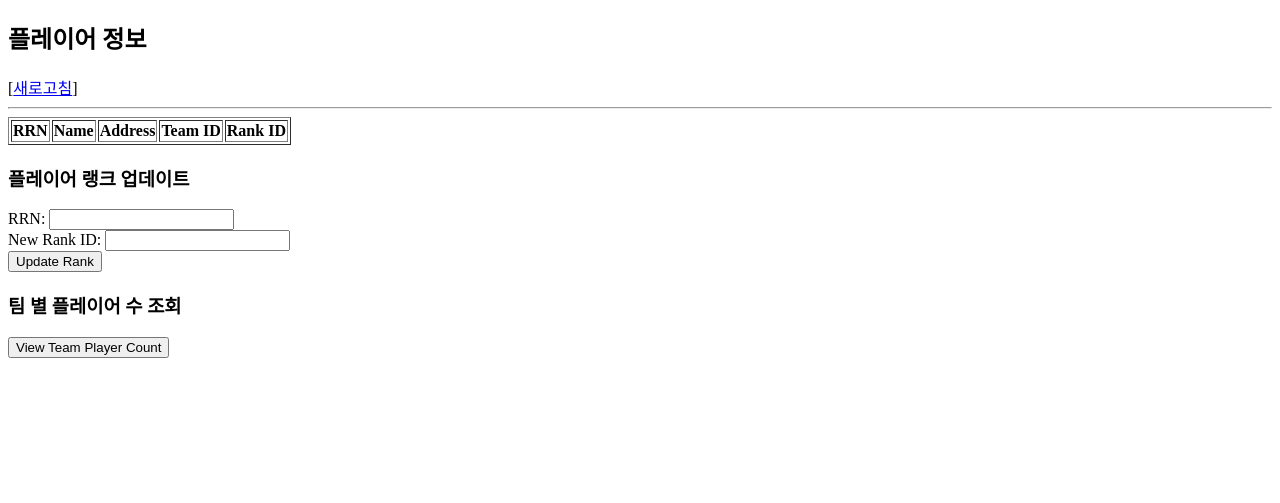
Repository: HappiKing/KNU_Database_ORACLE
Page: http://localhost/gg/playerControl?action=list
The author's editor kept a copy of each file at every save. The page is drawn from the files as they stood at one save, then again after the next save.
The browser window is 1280 px wide. The pictures show the whole page.
The page is served by Tomcat 9. Other server files are loaded and not shown. Queries for data that is not in the repository find no rows.

Above is the page before, as saved 2024-06-17 16:40:58.

### DB_futsal/test/gg/src/main/webapp/futsal/playerInfo.jsp
<%@ page language="java" contentType="text/html; charset=UTF-8"
    pageEncoding="UTF-8"%>
<%@ taglib uri="http://java.sun.com/jsp/jstl/core" prefix="c" %>

<!DOCTYPE html>
<html>
<head>
<meta charset="UTF-8">
<title>플레이어 정보</title>
</head>
<body>
  <h2>플레이어 정보</h2>[<a href="/gg/playerControl?action=list">새로고침</a>]
  <hr>
  <table border="1">
    <tr>
      <th>RRN</th>
      <th>Name</th>
      <th>Address</th>
      <th>Team ID</th>
      <th>Rank ID</th>
    </tr>
    <c:forEach items="${players}" var="p">
      <tr>
        <td>${p.RRN}</td>
        <td>${p.NAME}</td>
        <td>${p.ADDRESS}</td>
        <td>${p.TEAM_ID}</td>
        <td>${p.RANK_ID}</td>
      </tr>
    </c:forEach>
  </table>

  <h3>플레이어 랭크 업데이트</h3>
  <form action="/gg/playerControl" method="post">
    <input type="hidden" name="action" value="updateRank">
    RRN: <input type="text" name="rrn"><br>
    New Rank ID: <input type="text" name="newRankId"><br>
    <input type="submit" value="Update Rank">
  </form>

  <h3>팀 별 플레이어 수 조회</h3>
  <form action="/gg/playerControl" method="post">
    <input type="hidden" name="action" value="teamPlayerCount">
    <input type="submit" value="View Team Player Count">
  </form>

</body>
</html>

### DB_futsal/test/gg/src/main/java/sco/PlayerControl.java
package sco;

import java.io.IOException;

import javax.servlet.ServletConfig;
import javax.servlet.ServletException;
import javax.servlet.annotation.WebServlet;
import javax.servlet.http.HttpServlet;
import javax.servlet.http.HttpServletRequest;
import javax.servlet.http.HttpServletResponse;

@WebServlet("/playerControl")
public class PlayerControl extends HttpServlet {
    private static final long serialVersionUID = 1L;

    PlayerDAO dao;

    public void init(ServletConfig config) throws ServletException {
        super.init(config);
        dao = new PlayerDAO();
    }

    protected void service(HttpServletRequest request, HttpServletResponse response) throws ServletException, IOException {
        request.setCharacterEncoding("utf-8");
        String action = request.getParameter("action");
        String view = "";

        if(action == null) {
            getServletContext().getRequestDispatcher("/playerControl?action=list").forward(request, response);
        } else {
            switch(action) {
            case "list": view = list(request, response); break;
            case "updateRank": view = updateRank(request, response); break;
            case "teamPlayerCount": view = teamPlayerCount(request, response); break;
            case "playersByTeam": view = playersByTeam(request, response); break;

            // 추가적인 비즈니스 로직 메소드 호출 추가
            }
            getServletContext().getRequestDispatcher("/futsal/" + view).forward(request, response);
        }
    }

    private String list(HttpServletRequest request, HttpServletResponse response) {
        request.setAttribute("players", dao.getAll());
        return "playerInfo.jsp";
    }

    private String updateRank(HttpServletRequest request, HttpServletResponse response) {
        String rrn = request.getParameter("rrn");
        String newRankId = request.getParameter("newRankId");
        dao.updateRank(rrn, newRankId);
        return "playerInfo.jsp";
    }

    private String teamPlayerCount(HttpServletRequest request, HttpServletResponse response) {
        request.setAttribute("teamPlayerCounts", dao.getTeamPlayerCount());
        return "teamPlayerCount.jsp";
    }

    private String playersByTeam(HttpServletRequest request, HttpServletResponse response) {
        String teamId = request.getParameter("teamId");
        request.setAttribute("players", dao.getPlayersByTeam(teamId));
        return "playerInfo.jsp";
    }
}

After the next save:
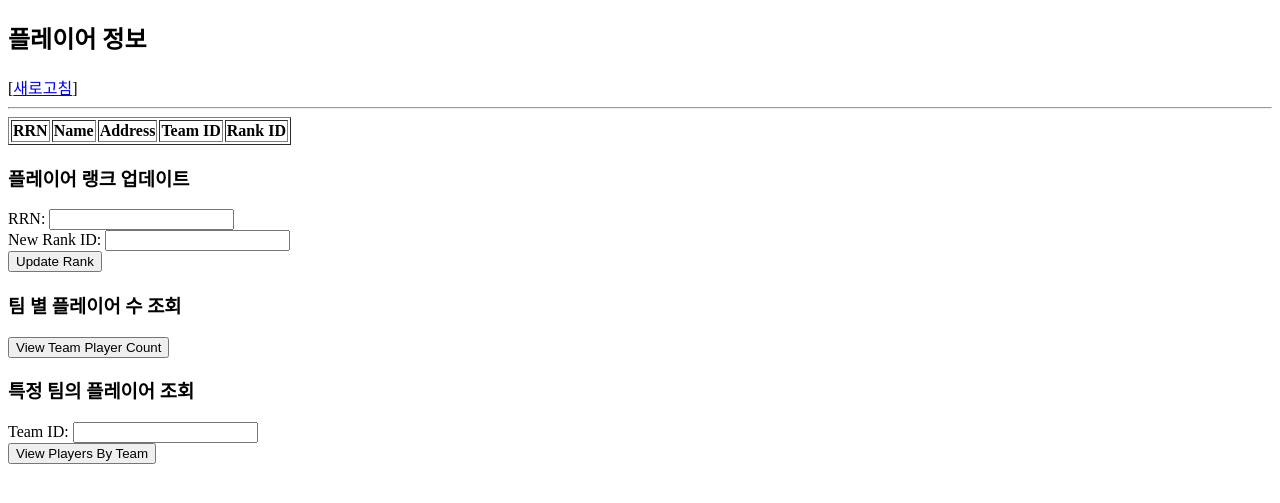
Saved 71 s later.
--- a/DB_futsal/test/gg/src/main/webapp/futsal/playerInfo.jsp
+++ b/DB_futsal/test/gg/src/main/webapp/futsal/playerInfo.jsp
@@ -44,5 +44,11 @@
     <input type="submit" value="View Team Player Count">
   </form>
 
+ <h3>특정 팀의 플레이어 조회</h3>
+  <form action="/gg/playerControl" method="post">
+    <input type="hidden" name="action" value="playersByTeam">
+    Team ID: <input type="text" name="teamId"><br>
+    <input type="submit" value="View Players By Team">
+  </form>
 </body>
 </html>
